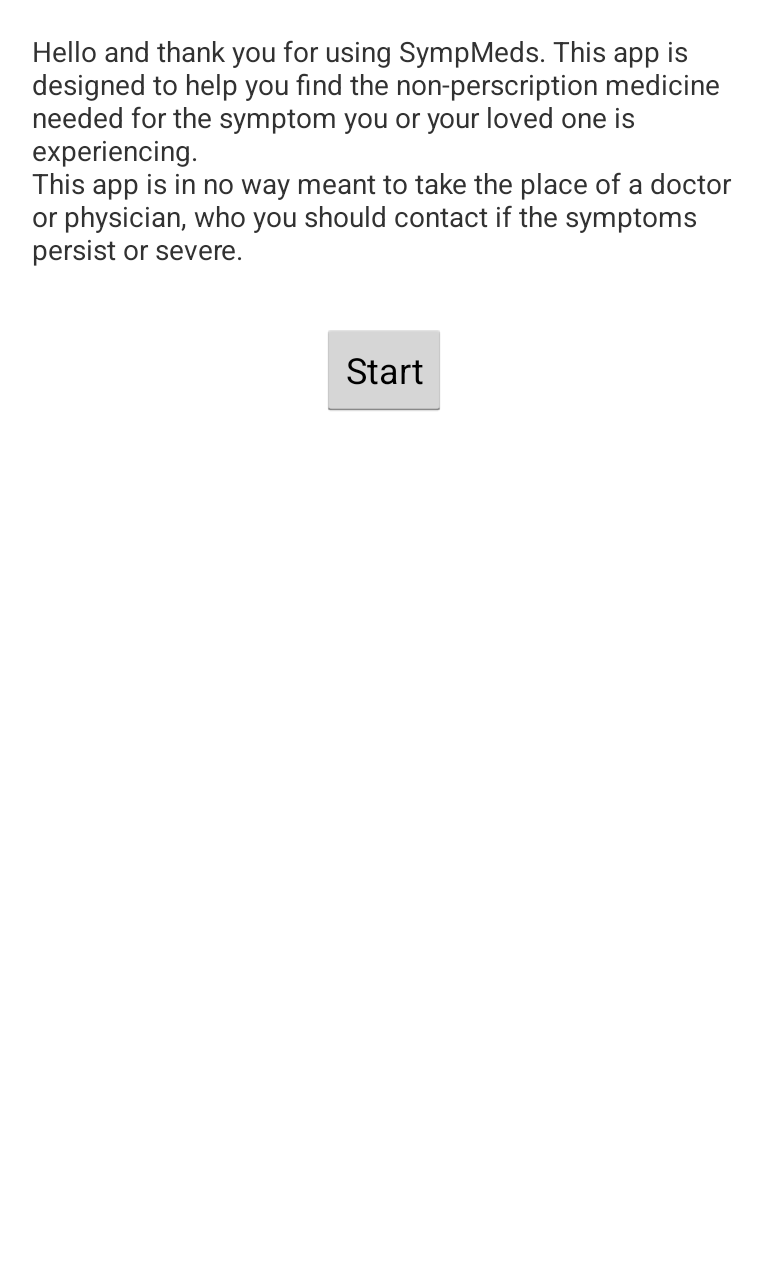
Repository: rosingrr/SympMeds
Layout: app/SympMeds/res/layout/activity_main.xml
An editor plug-in stored every save of this project. The layout is shown before and after the next save, followed by the edit.
It is drawn on a 768 x 1280 px phone screen (xhdpi) without system bars, with theme AppTheme; the app's code is not run.

Above is the layout before, as saved 2013-08-02 13:16:38.

### app/SympMeds/res/layout/activity_main.xml
<RelativeLayout xmlns:android="http://schemas.android.com/apk/res/android"
    xmlns:tools="http://schemas.android.com/tools"
    android:layout_width="match_parent"
    android:layout_height="match_parent"
    android:paddingBottom="@dimen/activity_vertical_margin"
    android:paddingLeft="@dimen/activity_horizontal_margin"
    android:paddingRight="@dimen/activity_horizontal_margin"
    android:paddingTop="@dimen/activity_vertical_margin"
    tools:context=".MainActivity" >

    <Button
        android:id="@+id/start_button"
        android:layout_width="wrap_content"
        android:layout_height="wrap_content"
        android:layout_below="@+id/welcom_textView"
        android:layout_centerHorizontal="true"
        android:layout_marginTop="27dp"
        android:text="@string/start"
        android:onClick="start" />

    <TextView
        android:id="@+id/welcom_textView"
        android:layout_width="wrap_content"
        android:layout_height="wrap_content"
        android:text="@string/welcome" />

</RelativeLayout>

### app/SympMeds/res/values/strings.xml
<?xml version="1.0" encoding="utf-8"?>
<resources>

    <string name="app_name">SympMeds</string>
    <string name="action_settings">Settings</string>
    <string name="nearest_pharmacy">Nearest Pharmacy</string>
    <string name="welcome">Hello and thank you for using SympMeds. This app is designed to help you find the non-perscription medicine needed for the symptom you or your loved one is experiencing.\nThis app is in no way meant to take the place of a doctor or physician, who you should contact if the symptoms persist or severe.</string>
    <string name="start">Start</string>

    <string name="title_activity_symptom_list">SymptomList</string>
    <string name="symptom_instructions">Choose the symptom you are experiencing from the drop-down list and then push the Search button to get a list of drugs that treats that symptom.</string>
    <string name="search">Search</string>
    <string name="symptoms">Symptoms</string>

    <string name="title_activity_drug_list">DrugList</string>
    <string name="symptom_name">name of symptom</string>
    <string name="symptom_description">description of symptom</string>
    <string name="drug_instructions">Choose a drug from the drop-down list and then push the Get Info button to pull up the information on the drug.</string>
    <string name="get_info">Get Info</string>
    <string name="end">/////</string>

    <string name="title_activity_drug_info">DrugInfo</string>
    <string name="drug_name">name of drug</string>
    <string name="symptoms_label">Symptoms the drug treats:</string>
    <string name="side_effects_label">Side-Effects drug might have:</string>
    <string name="directions_label">Directions of use:</string>
    <string name="unknown">unknown</string>
    <string name="medications">Medications</string>

</resources>

Loaded but not shown: app/SympMeds/res/values/styles.xml (common file); app/SympMeds/res/values-v11/styles.xml (common file); app/SympMeds/res/values-v14/styles.xml (common file); app/SympMeds/res/values/dimens.xml (common file)

After the next save:
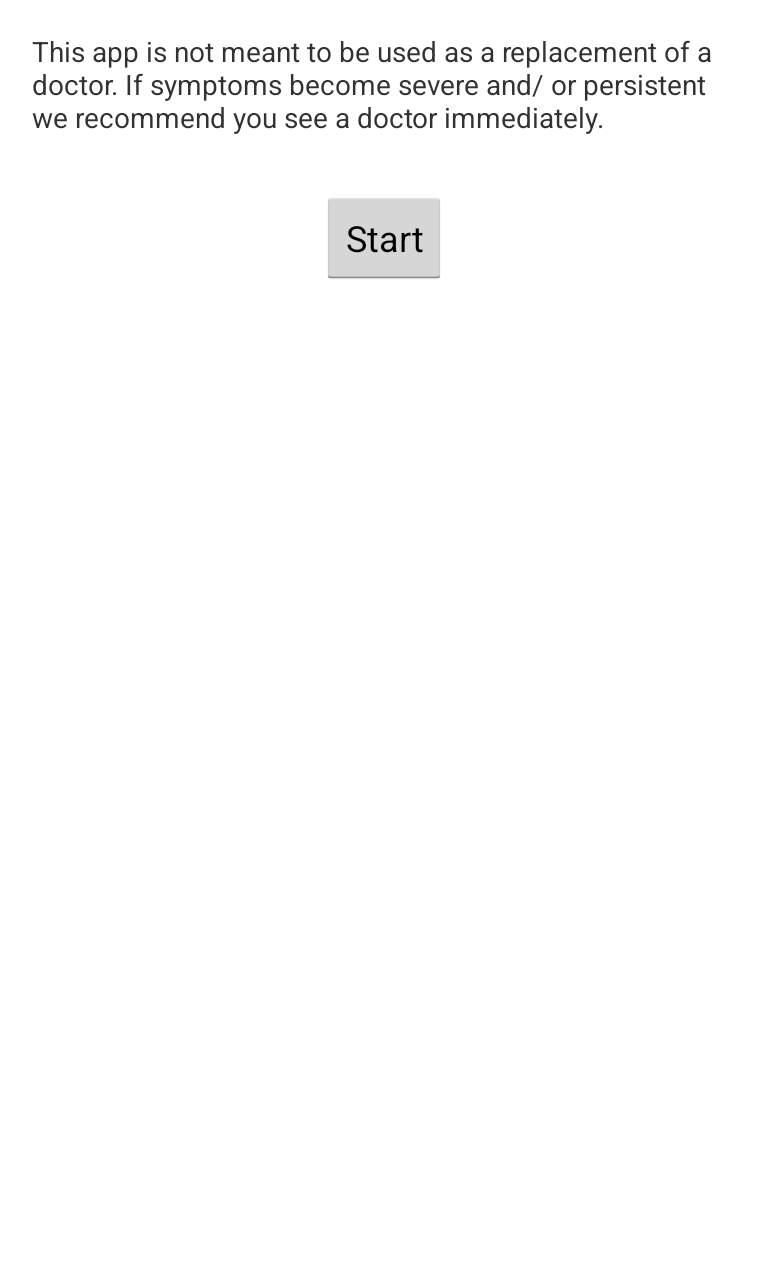
Saved 5 min 14 s later.
--- a/app/SympMeds/res/values/strings.xml
+++ b/app/SympMeds/res/values/strings.xml
@@ -4,7 +4,7 @@
     <string name="app_name">SympMeds</string>
     <string name="action_settings">Settings</string>
     <string name="nearest_pharmacy">Nearest Pharmacy</string>
-    <string name="welcome">Hello and thank you for using SympMeds. This app is designed to help you find the non-perscription medicine needed for the symptom you or your loved one is experiencing.\nThis app is in no way meant to take the place of a doctor or physician, who you should contact if the symptoms persist or severe.</string>
+    <string name="welcome">This app is not meant to be used as a replacement of a doctor. If symptoms become severe and/ or persistent we recommend you see a doctor immediately.</string>
     <string name="start">Start</string>
 
     <string name="title_activity_symptom_list">SymptomList</string>
